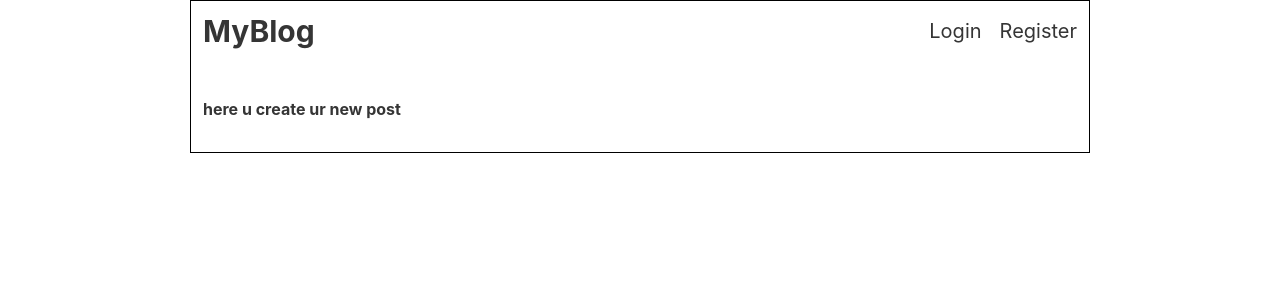
Repository: ateeque-219/BlogApp
Page: /create (app in blogapp/)
These files come from the project's save history. The page is drawn as it stood at one moment and after a run of saves; the edit follows.
The browser window is 1280 px wide. The pictures show the whole page.
The page's requests for data from a server got no answer. The project was rebuilt for these pictures with package versions that can differ from the ones it lists, and the page was loaded fresh each time. No one was signed in, and anything a server would have sent is missing. Also part of the build but not shown: blogapp/src/Post.js, blogapp/src/pages/Indexpage.js, blogapp/src/pages/LoginPage.js, blogapp/src/pages/RegisterPage.js.

Above is the page before, as saved 2024-01-14 22:11:34.

After the next 3 saves:
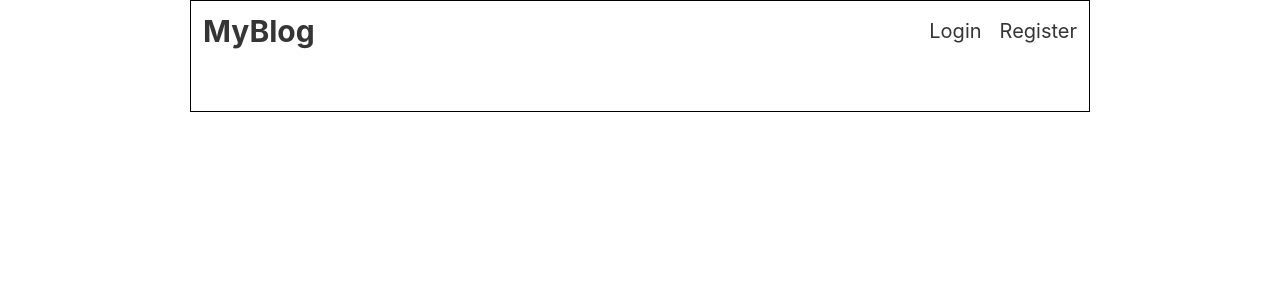
The 3 saves are shown as one change because 1 did not build or start and some came seconds apart.
The last was saved 5 min 25 s later.
--- a/blogapp/src/pages/CreatePost.js
+++ b/blogapp/src/pages/CreatePost.js
@@ -2,9 +2,9 @@ import React from 'react'
 
 const CreatePost = () => {
   return (
-    <div>
-        <h4>here u create ur new post</h4>
-    </div>
+    <form>
+
+    </form>
   );
 }
 
